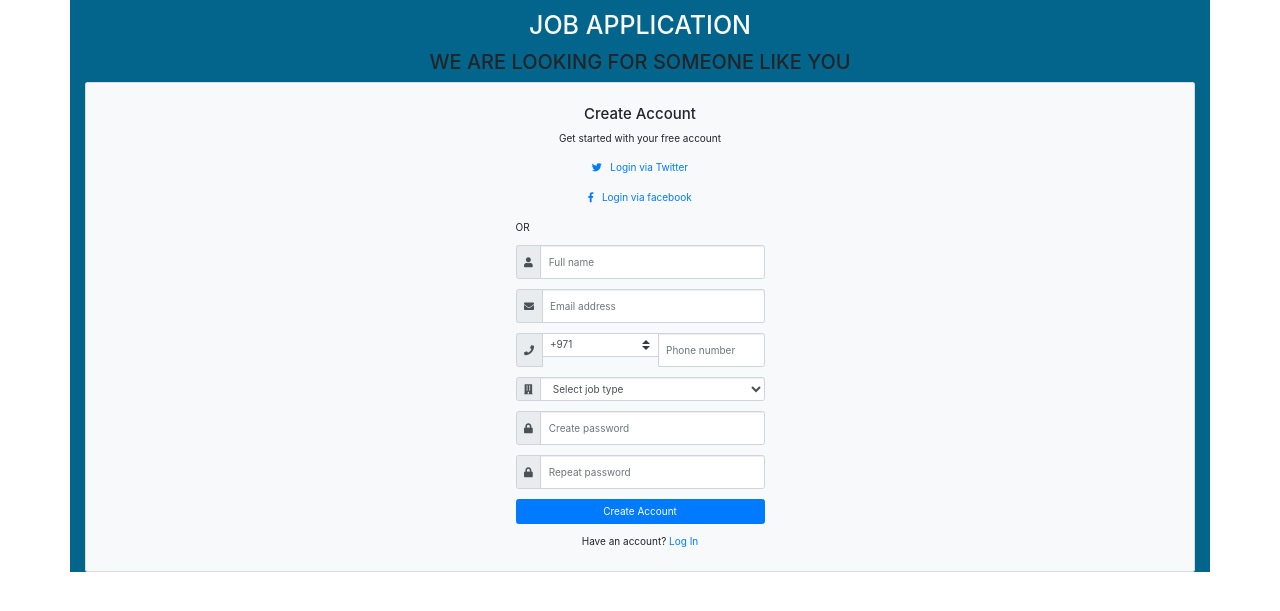
Repository: jenny241093/JS-Core
Page: 03.JSApplications/06.JSForFrontEndEx/skeleton/index.html
An editor plug-in stored every save of this project. The page is shown before and after the next save, followed by the edit.
The browser window is 1280 px wide. The pictures show the whole page.
Some web libraries are served in a nearby version.

Above is the page before, as saved 2019-04-01 15:08:42.

### 03.JSApplications/06.JSForFrontEndEx/skeleton/index.html
<!DOCTYPE html>
<html lang="en">

<head>
    <title>Bootstrap Example</title>
    <meta charset="utf-8">
    <meta name="viewport" content="width=device-width, initial-scale=1">
    <link rel="stylesheet" href="https://maxcdn.bootstrapcdn.com/bootstrap/3.4.0/css/bootstrap.min.css">
    <script src="https://ajax.googleapis.com/ajax/libs/jquery/3.3.1/jquery.min.js"></script>
    <script src="https://maxcdn.bootstrapcdn.com/bootstrap/3.4.0/js/bootstrap.min.js"></script>
</head>

<body>
    <link href="//maxcdn.bootstrapcdn.com/bootstrap/4.0.0/css/bootstrap.min.css" rel="stylesheet" id="bootstrap-css">
    <script src="//maxcdn.bootstrapcdn.com/bootstrap/4.0.0/js/bootstrap.min.js"></script>
    <script src="//cdnjs.cloudflare.com/ajax/libs/jquery/3.2.1/jquery.min.js"></script>
    <!------ Include the above in your HEAD tag ---------->

    <link rel="stylesheet" href="https://use.fontawesome.com/releases/v5.0.8/css/all.css">


    <div class="container" style="background-color:rgb(3, 101, 139)">
        <h1 class="card-title mt-3 text-center" style="color:rgb(249, 250, 250)">JOB APPLICATION</h1>
        <h2 class="card-title mt-3 text-center">WE ARE LOOKING FOR SOMEONE LIKE YOU</h2>
        <div class="card bg-light">
            <article class="card-body mx-auto" style="max-width: 400px;">
                <h4 class="card-title mt-3 text-center">Create Account</h4>
                <p class="text-center">Get started with your free account</p>
                <p>
                    <a href="" class="btn btn-block btn-twitter"> <i class="fab fa-twitter"></i>   Login via Twitter</a>
                    <a href="" class="btn btn-block btn-facebook"> <i class="fab fa-facebook-f"></i>   Login via facebook</a>
                </p>
                <p class="divider-text">
                    <span class="bg-light">OR</span>
                </p>
                <form>
                    <div class="form-group input-group">
                        <div class="input-group-prepend">
                            <span class="input-group-text"> <i class="fa fa-user"></i> </span>
                        </div>
                        <input name="" class="form-control" placeholder="Full name" type="text">
                    </div>
                    <!-- form-group// -->
                    <div class="form-group input-group">
                        <div class="input-group-prepend">
                            <span class="input-group-text"> <i class="fa fa-envelope"></i> </span>
                        </div>
                        <input name="" class="form-control" placeholder="Email address" type="email">
                    </div>
                    <!-- form-group// -->
                    <div class="form-group input-group">
                        <div class="input-group-prepend">
                            <span class="input-group-text"> <i class="fa fa-phone"></i> </span>
                        </div>
                        <select class="custom-select" style="max-width: 120px;">
                <option selected="">+971</option>
                <option value="1">+972</option>
                <option value="2">+198</option>
                <option value="3">+701</option>
            </select>
                        <input name="" class="form-control" placeholder="Phone number" type="text">
                    </div>
                    <!-- form-group// -->
                    <div class="form-group input-group">
                        <div class="input-group-prepend">
                            <span class="input-group-text"> <i class="fa fa-building"></i> </span>
                        </div>
                        <select class="form-control">
                <option selected=""> Select job type</option>
                <option>Designer</option>
                <option>Manager</option>
                <option>Accaunting</option>
            </select>
                    </div>
                    <!-- form-group end.// -->
                    <div class="form-group input-group">
                        <div class="input-group-prepend">
                            <span class="input-group-text"> <i class="fa fa-lock"></i> </span>
                        </div>
                        <input class="form-control" placeholder="Create password" type="password">
                    </div>
                    <!-- form-group// -->
                    <div class="form-group input-group">
                        <div class="input-group-prepend">
                            <span class="input-group-text"> <i class="fa fa-lock"></i> </span>
                        </div>
                        <input class="form-control" placeholder="Repeat password" type="password">
                    </div>
                    <!-- form-group// -->
                    <div class="form-group">
                        <button type="submit" class="btn btn-primary btn-block"> Create Account  </button>
                    </div>
                    <!-- form-group// -->
                    <p class="text-center">Have an account? <a href="">Log In</a> </p>
                </form>
            </article>
        </div>
        <!-- card.// -->

    </div>
    <!--container end.//-->

</body>

</html>

After the next save:
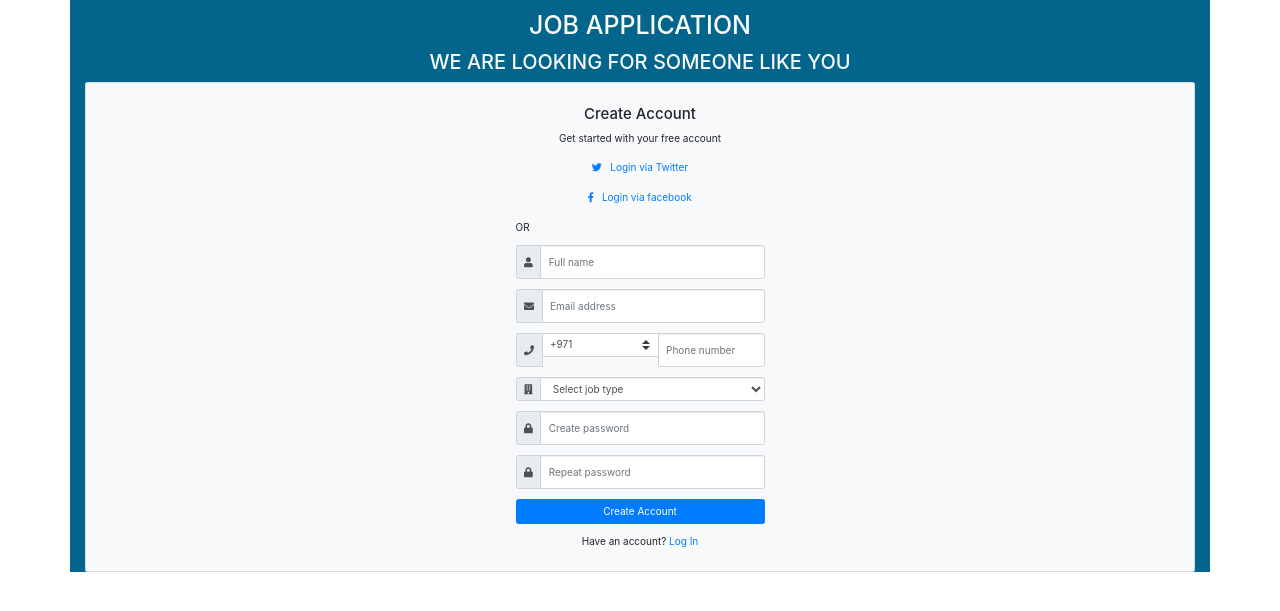
Saved 17 s later.
--- a/03.JSApplications/06.JSForFrontEndEx/skeleton/index.html
+++ b/03.JSApplications/06.JSForFrontEndEx/skeleton/index.html
@@ -21,7 +21,7 @@
 
     <div class="container" style="background-color:rgb(3, 101, 139)">
         <h1 class="card-title mt-3 text-center" style="color:rgb(249, 250, 250)">JOB APPLICATION</h1>
-        <h2 class="card-title mt-3 text-center">WE ARE LOOKING FOR SOMEONE LIKE YOU</h2>
+        <h2 class="card-title mt-3 text-center" style="color:rgb(249, 250, 250)">WE ARE LOOKING FOR SOMEONE LIKE YOU</h2>
         <div class="card bg-light">
             <article class="card-body mx-auto" style="max-width: 400px;">
                 <h4 class="card-title mt-3 text-center">Create Account</h4>
